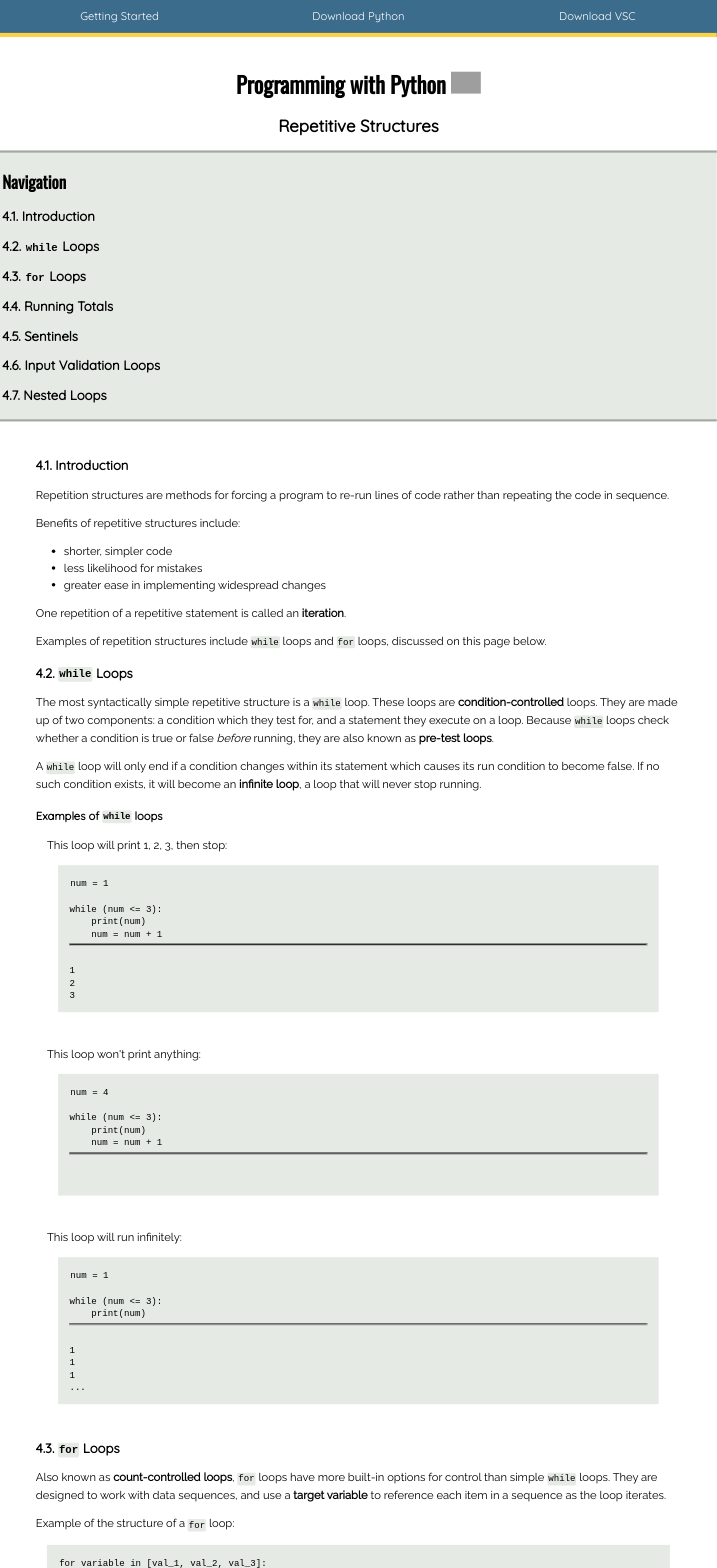
Repository: emnharris/FreeCodeCampChallenges
Page: responsive-web-design/technical-documentation-page/python-tutorial.html
An editor plug-in stored every save of this project. The page is shown before and after the next save, followed by the edit.
The browser window is 1024 px wide. The pictures show the part of the page from y = 0 to 2240 px (the page is 5670 px tall before and 5701 px after), at 70% of full size.
Pictures or frames that could not be fetched are drawn as grey boxes.

Above is the page before, as saved 2020-04-17 23:55:21.

After the next save:
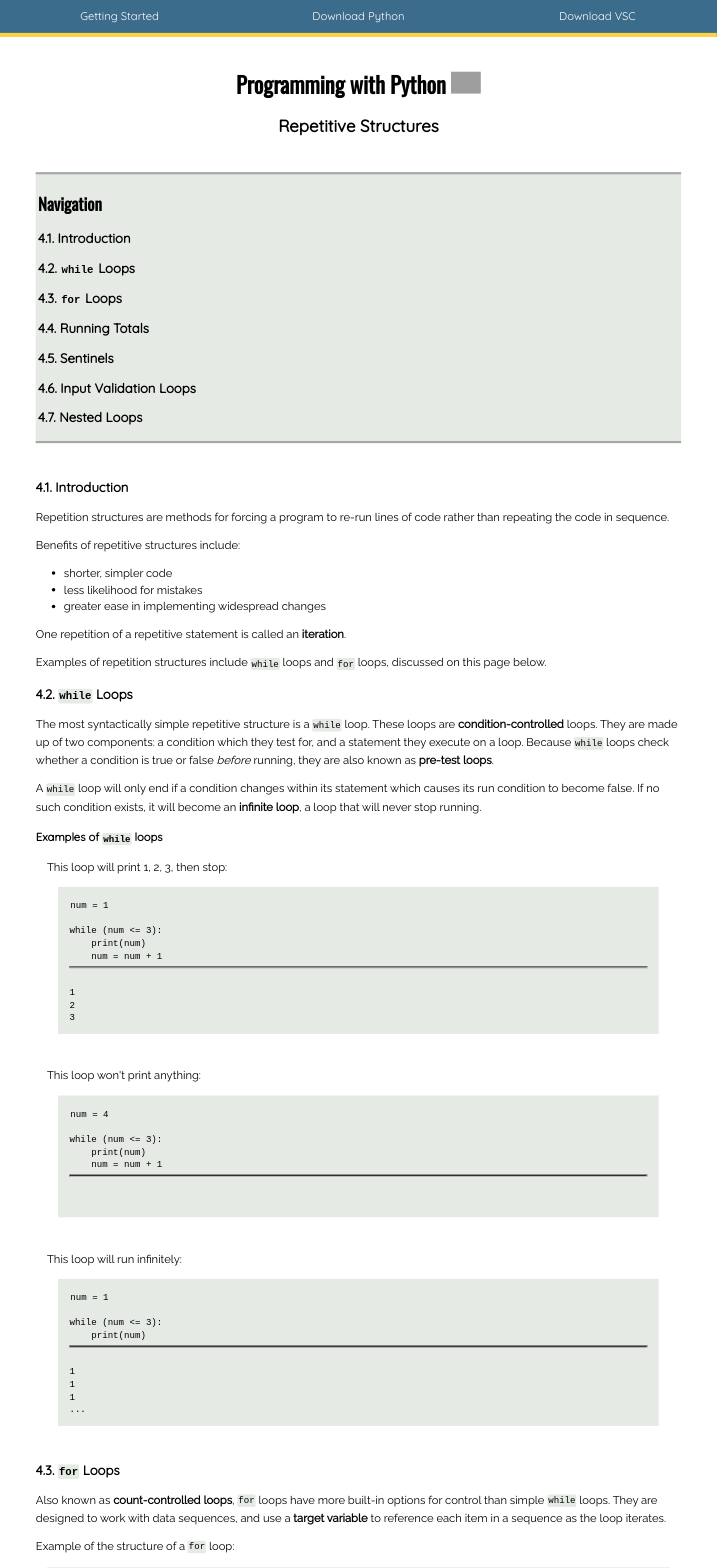
Saved 33 s later.
--- a/responsive-web-design/technical-documentation-page/python-tutorial.css
+++ b/responsive-web-design/technical-documentation-page/python-tutorial.css
@@ -197,5 +197,6 @@
         padding: .2em;
         border-top: #a3a8a3 3px solid;
         border-bottom: #a3a8a3 3px solid;
-    }
-}
+        margin: 5%;
+    }
+}

After the save that followed:
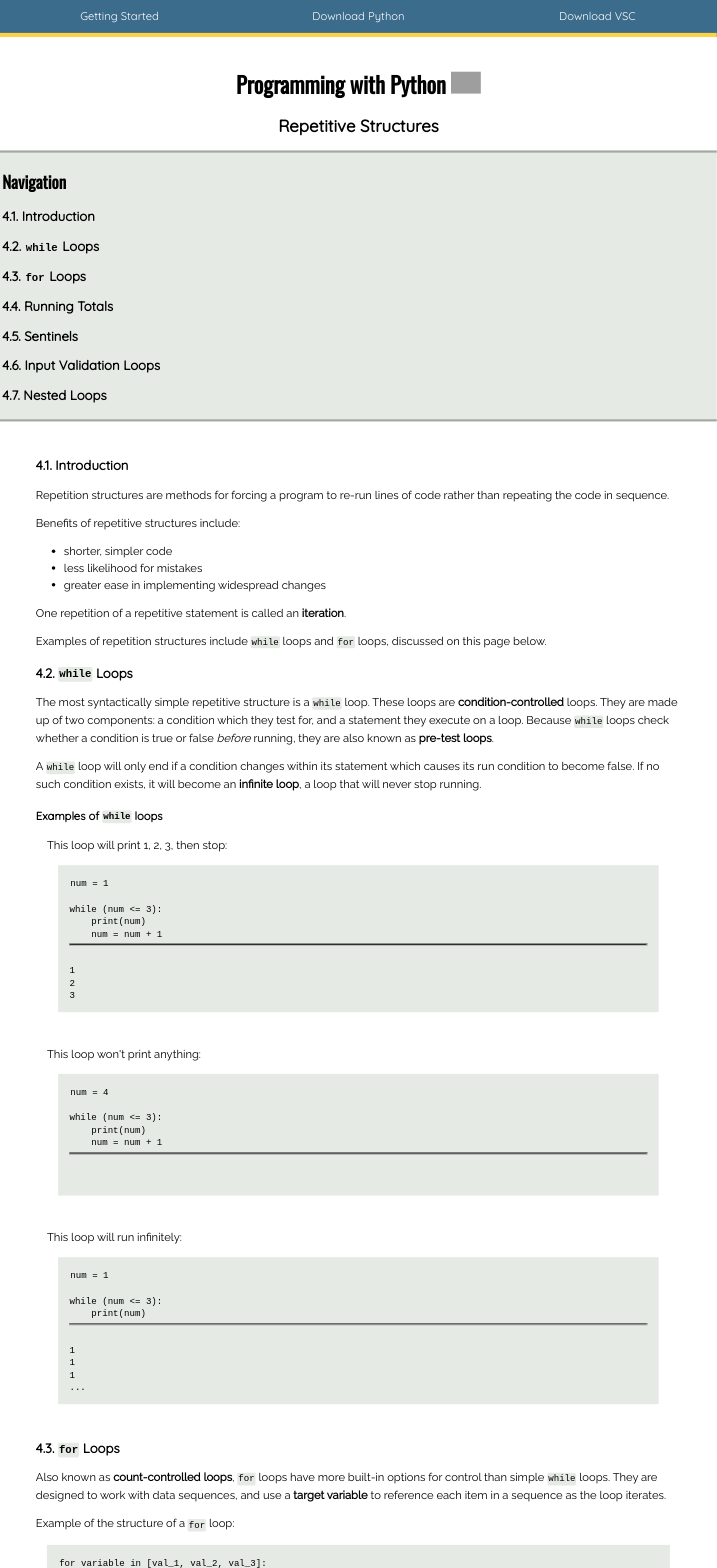
Saved 28 s later.
--- a/responsive-web-design/technical-documentation-page/python-tutorial.css
+++ b/responsive-web-design/technical-documentation-page/python-tutorial.css
@@ -192,11 +192,9 @@
     }
     #navigation {
         display: block;
-        /* width: 75%; */
         background-color: #e5eae5;
         padding: .2em;
         border-top: #a3a8a3 3px solid;
         border-bottom: #a3a8a3 3px solid;
-        margin: 5%;
-    }
-}
+    }
+}
